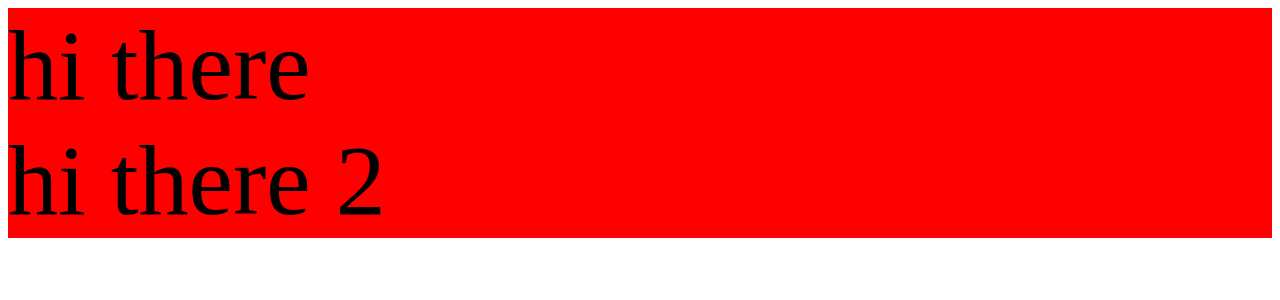
Repository: VISHALGUPTA100803/Harkirat_MERN
Page: Week 4/DOM_introduction/index.html
The author's editor kept a copy of each file at every save. The page is drawn from the files as they stood at one save, then again after the next save.
The browser window is 1280 px wide. The pictures show the whole page.

Above is the page before, as saved 2024-03-12 00:41:08.

### Week 4/DOM_introduction/index.html
<html>
    <style>
        .container {
            background-color: red;
            font-size: 100;
            z
        }
    </style>
    <body>
        <div class="container">
            hi there
        </div>
        <div class = "container">
            hi there 2
        </div>

    </body>
</html>

After the next save:
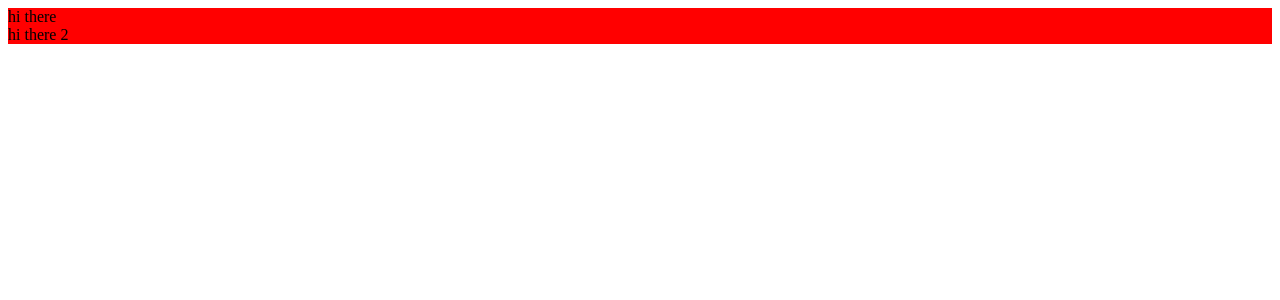
Saved 6 s later.
--- a/Week 4/DOM_introduction/index.html
+++ b/Week 4/DOM_introduction/index.html
@@ -2,8 +2,6 @@
     <style>
         .container {
             background-color: red;
-            font-size: 100;
-            z
         }
     </style>
     <body>
